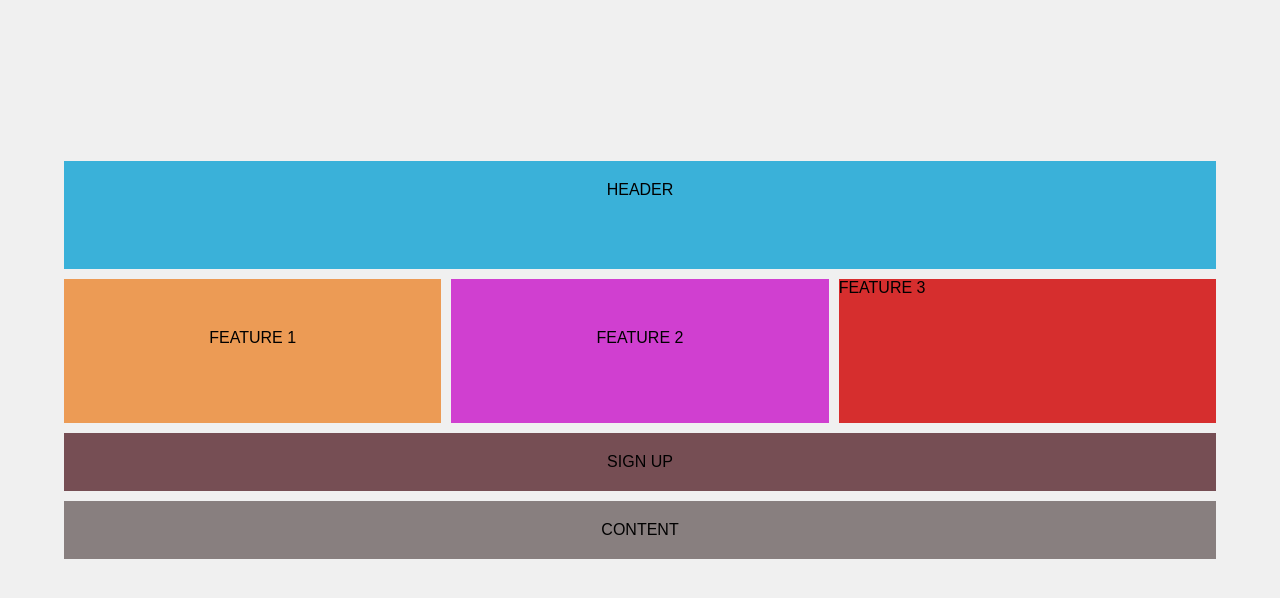
Repository: viveknaidu007/repo-152-FSD-InnomaticsTasksSep2024
Page: task_3/index.html
These files come from the project's save history. The page is drawn as it stood at one moment and after the next save; the edit follows.
The browser window is 1280 px wide. The pictures show the whole page.

Above is the page before, as saved 2024-10-02 11:43:51.

### task_3/index.html
<!DOCTYPE html>
<html lang="en">
<head>
  <meta charset="UTF-8">
  <meta name="viewport" content="width=device-width, initial-scale=1.0">
  <title>Responsive Layout</title>
  <link rel="stylesheet" href="styles.css">
</head>
<body>
  <div class="container">
    <header class="header">HEADER</header>
    <div class="content">CONTENT</div>
    <div class="signup">SIGN UP</div>
    <div class="feature1">FEATURE 1</div>
    <div class="feature2">FEATURE 2</div>
    <div class="feature3">FEATURE 3</div>
  </div>
</body>
</html>

### task_3/styles.css
* {
    margin: 0;
    padding: 0;
    box-sizing: border-box;
  }

  body {
    font-family: Arial, sans-serif;
    display: flex;
    justify-content: center;
    align-items: center;
    height: 100vh;
    background-color: #f0f0f0;
  }



  .container {
    display: grid;
    grid-template-areas:
      "header"
      "content"
      "signup"
      "feature1"
      "feature2"
      "feature3";
    grid-template-columns: 1fr;
    gap: 10px;
    width: 90%;
    max-width: 1200px;
  }

  .header {
    grid-area: header;
    background-color: #3ab1d9;
    text-align: center;
    padding: 20px;
    position: static;
    height: 15vh;
  }

  .content {
    grid-area: content;
    background-color: #887f7f;
    text-align: center;
    padding: 20px;
  }

  .signup {
    grid-area: signup;
    background-color: #764e54;
    text-align: center;
    padding: 20px;
  }


  .feature1 {
    background-color: #ec9b55;
    height:20vh;
    text-align: center;
    padding: 50px;
  }

  .feature2 {
    background-color: #d03fd0;
    height:20vh;
    padding: 50px;
    text-align: center;
  }

  .feature3 {
    background-color: #d62e2e;
  }


  @media(min-width: 768px) {
    .container {
      grid-template-areas:
        "header header"
        "content content"
        "signup feature1"
        "feature2 feature3";
      grid-template-columns: 1fr 1fr;
    }
  }

  @media(min-width: 1024px) {
    .container {
      grid-template-areas:
        "header header header"
        "feature1 feature2 feature3"
        "signup signup signup"
        "content content content";
      grid-template-columns: repeat(3, 1fr);
    }
  }

After the next save:
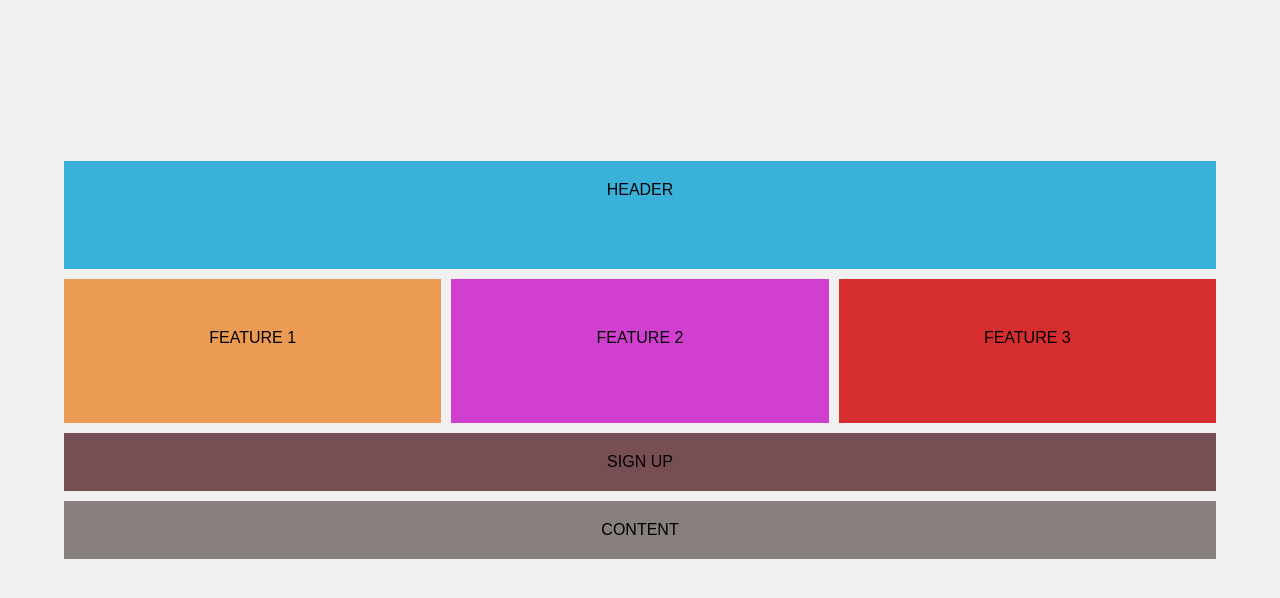
Saved 12 s later.
--- a/task_3/styles.css
+++ b/task_3/styles.css
@@ -70,6 +70,8 @@
 
   .feature3 {
     background-color: #d62e2e;
+    padding: 50px;
+    text-align: center;
   }
 
 
